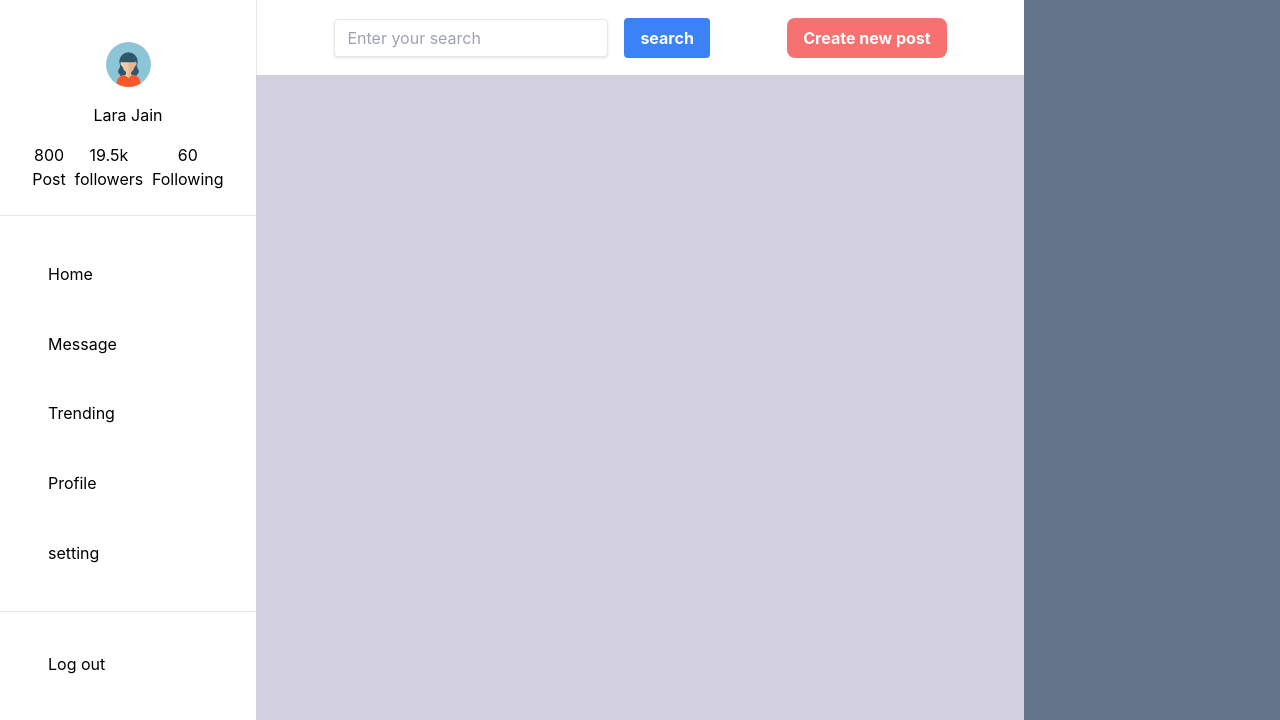
Repository: cosmicswati/upgrad-captions-project
Page: /account/signup
These files come from the project's save history. The page is drawn as it stood at one moment and after the next save; the edit follows.
The browser window is 1280 px wide. The pictures show the whole page.
The project was rebuilt for these pictures with package versions that can differ from the ones it lists, and the page was loaded fresh each time. Also part of the build but not shown: src/modules/Authorization/Form.jsx, src/modules/Authorization/index.js.

Above is the page before, as saved 2024-04-09 15:06:50.

After the next save:
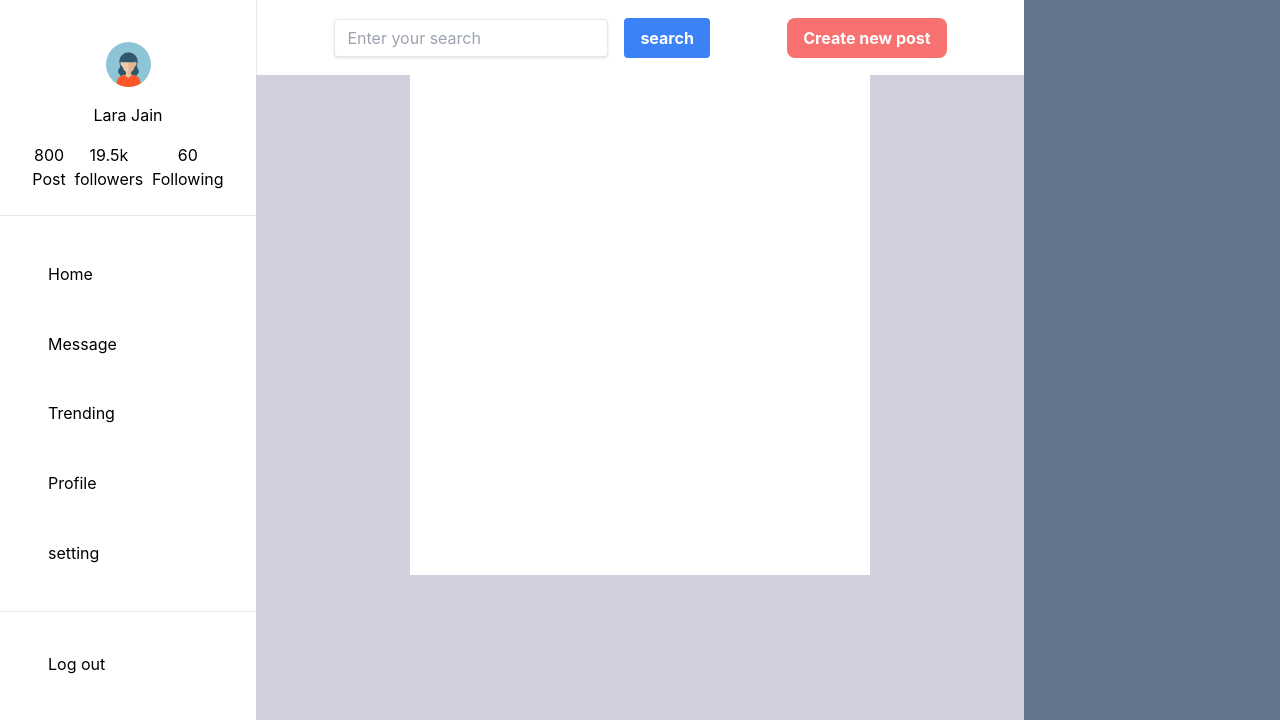
Saved 7 min 22 s later.
--- a/src/modules/Home/index.js
+++ b/src/modules/Home/index.js
@@ -46,6 +46,9 @@ const Home = () => {
                  </div>
                  <Button label='Create new post'  className='rounded-lg bg-red-400 hover:bg-red-500 mb-4'/>
             </div>
+            <div className='bg-white w-[60%] h-[500px] mx-auto'>
+
+            </div>
         </div>
         <div className='w-[20%] bg-slate-500'></div>
     </div>
